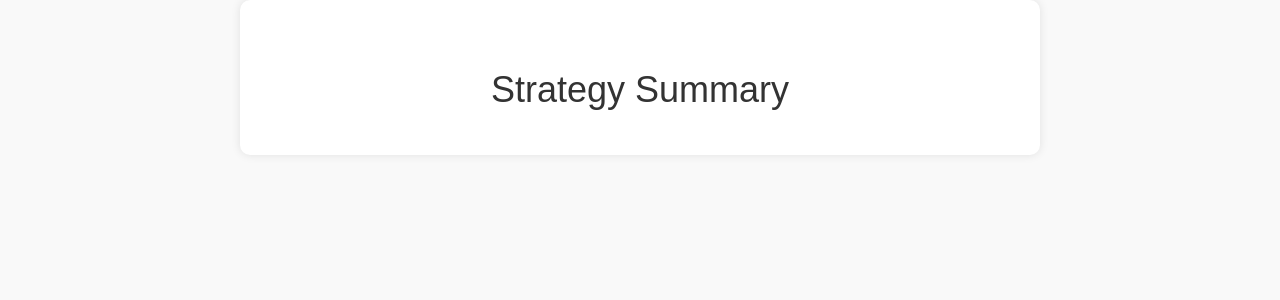
Repository: shiv-aye/stockEye
Page: src/index.html
An editor plug-in stored every save of this project. The page is shown before and after the next save, followed by the edit.
The browser window is 1280 px wide. The pictures show the whole page.
The page's requests for data from a server got no answer.

Above is the page before, as saved 2024-02-14 12:10:31.

After the next save:
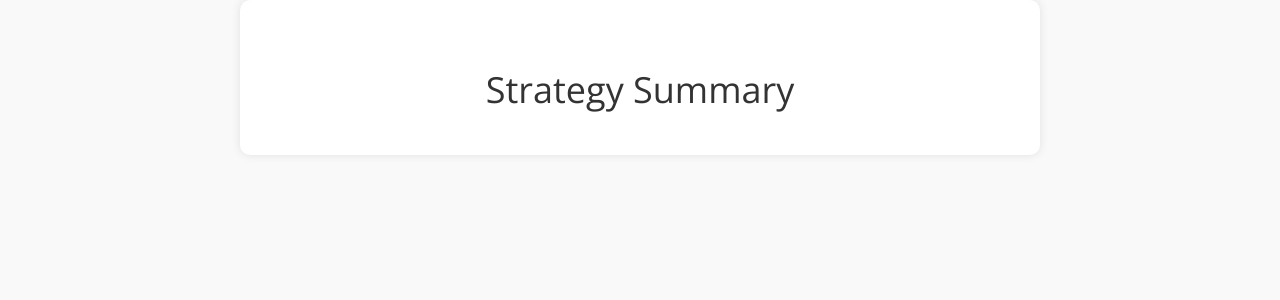
Saved 28 s later.
--- a/src/styles.css
+++ b/src/styles.css
@@ -1,8 +1,6 @@
-/* styles.css */
-
 /* Body styling */
 body {
-    font-family: Arial, sans-serif;
+    font-family: 'Open Sans', sans-serif;
     background-color: #f9f9f9;
     margin: 0;
     padding: 0;
@@ -37,6 +35,16 @@ th {
 
 tr:hover {
     background-color: #f5f5f5;
+}
+
+/* Additional styles */
+.container {
+    max-width: 800px;
+    margin: 0 auto;
+    padding: 20px;
+    background-color: #fff;
+    box-shadow: 0 0 10px rgba(0, 0, 0, 0.1);
+    border-radius: 10px;
 }
 
 /* Button styling */
@@ -76,21 +84,3 @@ button:hover {
 .dataTables_paginate .paginate_button:hover {
     background-color: #0056b3;
 }
-
-/* Additional details */
-.container {
-    max-width: 800px;
-    margin: 0 auto;
-    padding: 20px;
-    background-color: #fff;
-    box-shadow: 0 0 10px rgba(0, 0, 0, 0.1);
-    border-radius: 10px;
-}
-
-.description {
-    text-align: center;
-    margin-top: 20px;
-    color: #666;
-    font-size: 18px;
-    line-height: 1.5;
-}
